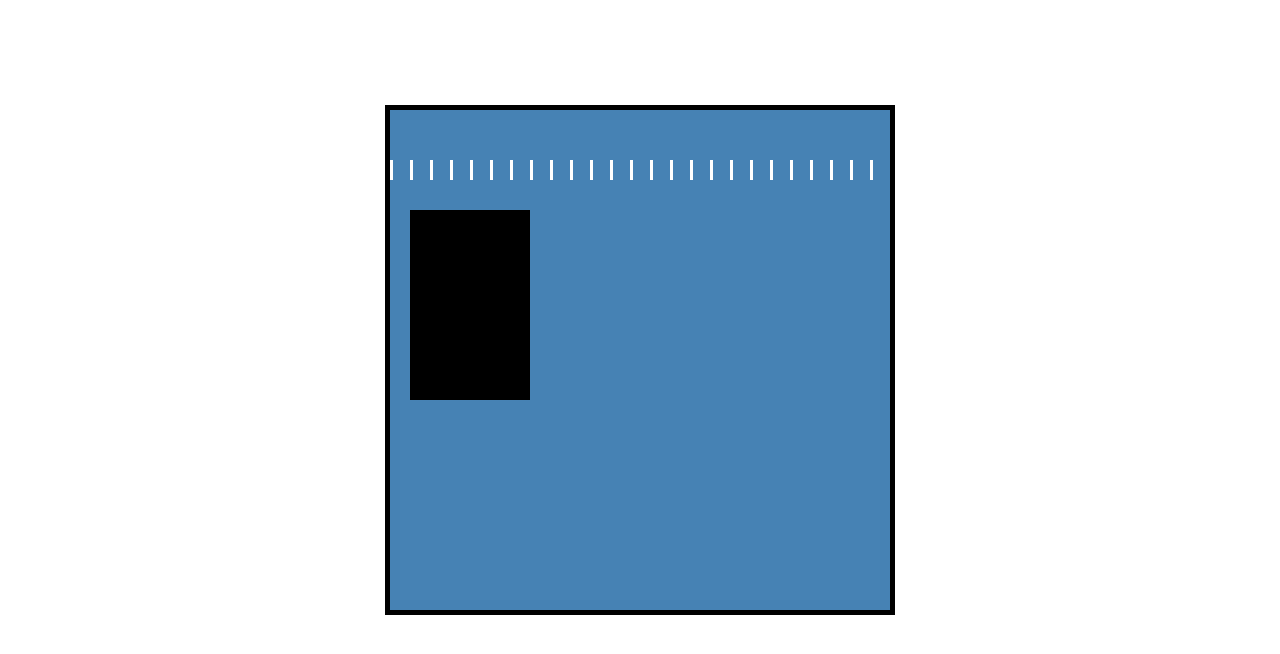
Repository: vasucp1207/seahorse-shooting-game
Page: index.html
These files come from the project's save history. The page is drawn as it stood at one moment and after a run of saves; the edit follows.
The browser window is 1280 px wide. The pictures show the whole page.

Above is the page before, as saved 2022-08-24 18:37:38.

After the next 2 saves:
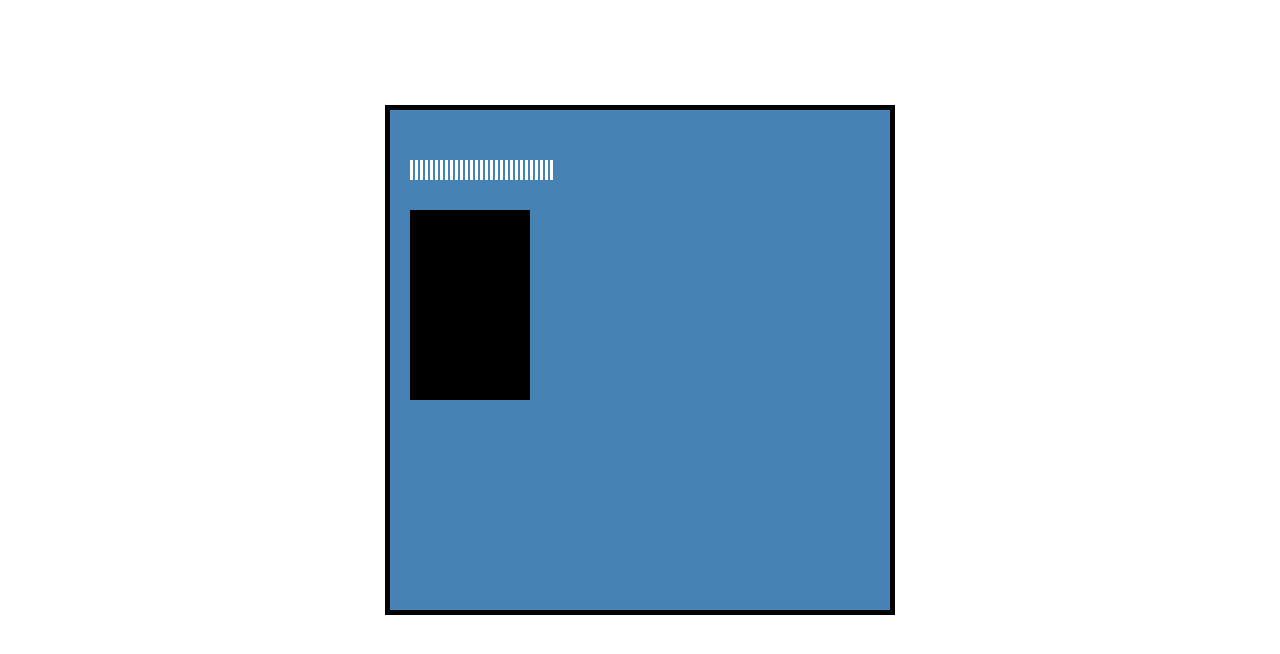
The 2 saves are shown as one change because they came seconds apart.
The last was saved 20 s later.
--- a/script.js
+++ b/script.js
@@ -110,7 +110,7 @@ window.addEventListener('load', function () {
         draw(context){
             context.fillStyle = this.color
             for(let i = 0; i < this.game.amo; i++){
-                context.fillRect(20 * i, 50, 3, 20)
+                context.fillRect(20 + 5 * i, 50, 3, 20)
             }
         }
     }
